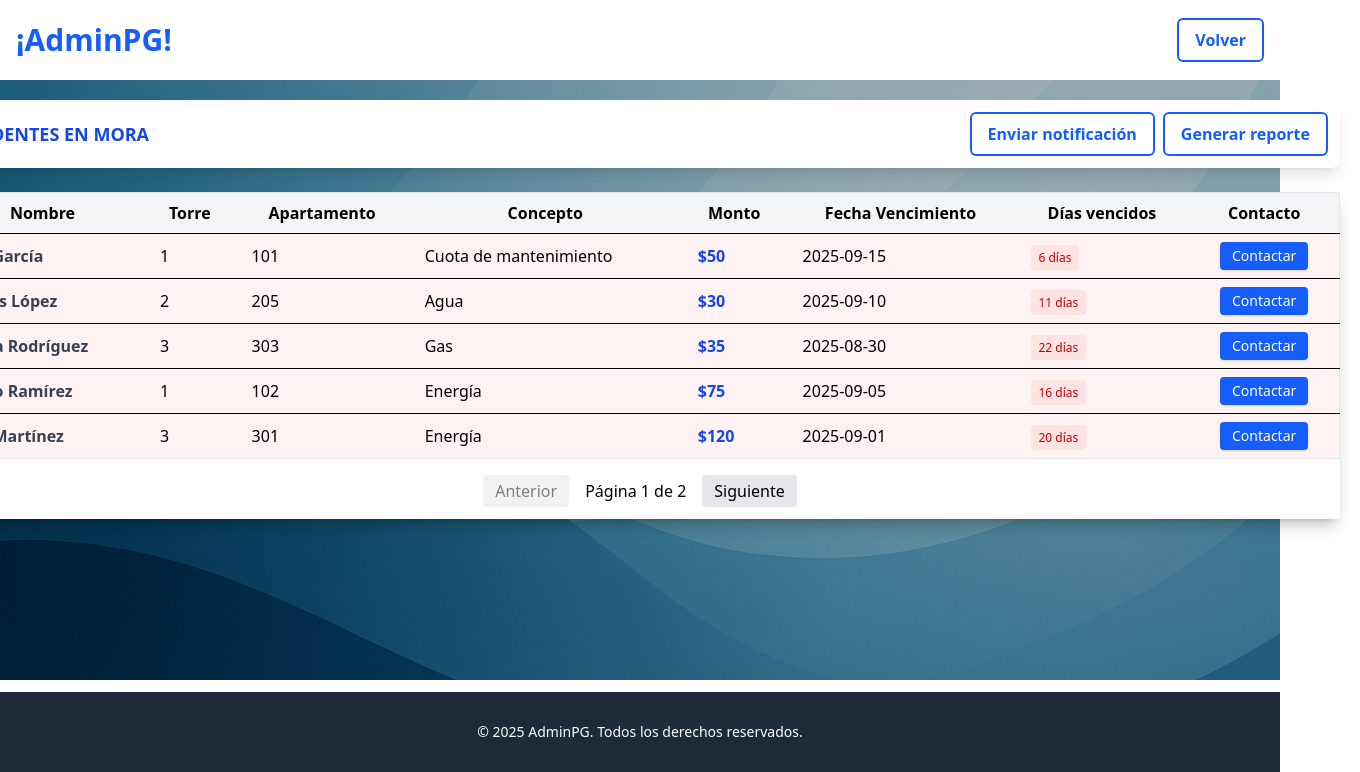
Repository: DeVelezz/AdminPG
Page: /mora (app in frontend/)
These files come from the project's save history. The page is drawn as it stood at one moment and after the next save; the edit follows.
The browser window is 1280 px wide. The page is 1360 px wide, so the pictures cover 1360 px, including what lies to the right of the window. The pictures show the whole page.
The page's requests for data from a server got no answer. The project was rebuilt for these pictures with package versions that can differ from the ones it lists, and the page was loaded fresh each time. Some packages were replaced by stand-ins written for this rebuild. No one was signed in, and anything a server would have sent is missing. Also part of the build but not shown: frontend/vite.config.js, frontend/src/components/Form.jsx, frontend/src/services/useService.js, frontend/src/components/FormRegistro.jsx, frontend/src/components/SectionImg.jsx, frontend/src/components/PageRegistro.jsx, frontend/src/components/Index.jsx, frontend/src/components/PageLogin.jsx and 4 more.

Above is the page before, as saved 2025-09-21 21:41:44.

After the next save:
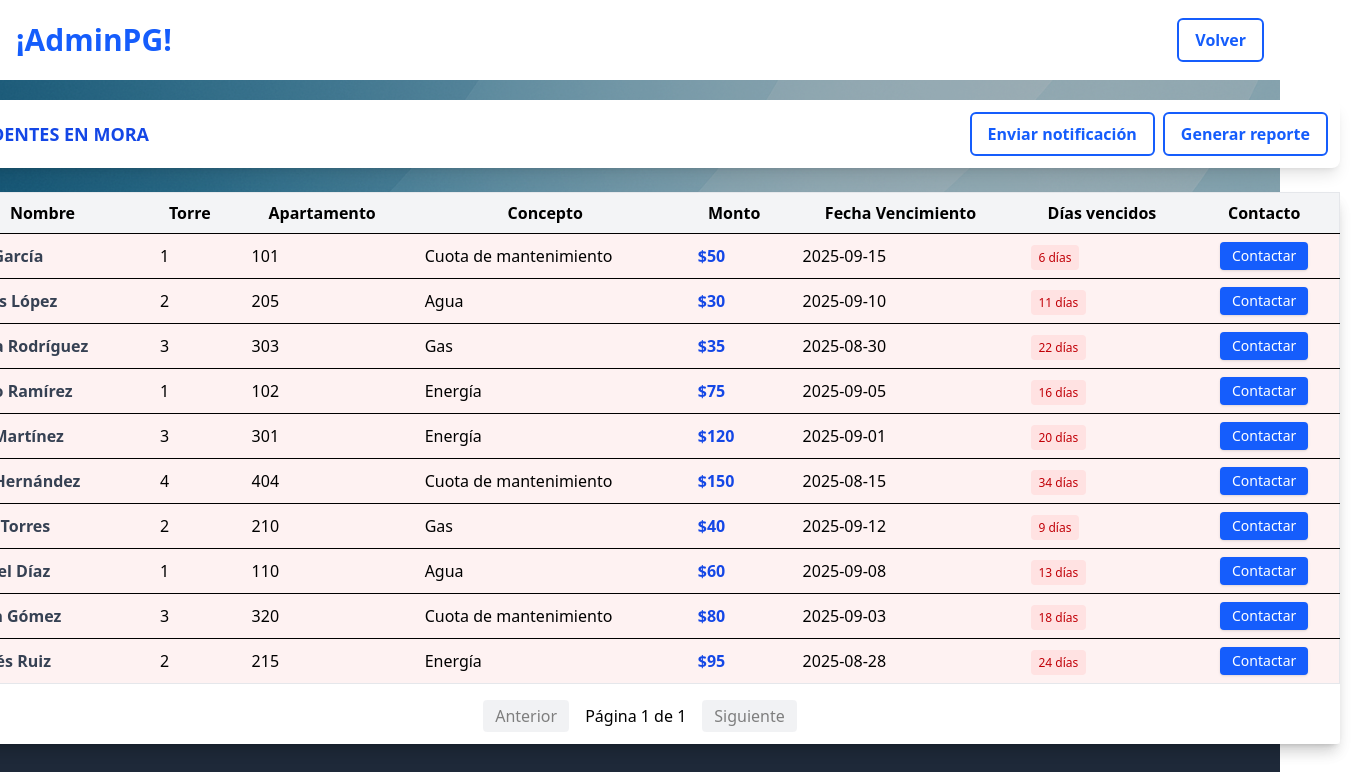
Saved 2 min 37 s later.
--- a/frontend/src/components/PageMora.jsx
+++ b/frontend/src/components/PageMora.jsx
@@ -12,7 +12,7 @@ export default function PageMora() {
     const [residentesEnMora, setResidentesEnMora] = useState([]);
     const [loading, setLoading] = useState(true);
     const [paginaActual, setPaginaActual] = useState(1);
-    const RESIDENTES_POR_PAGINA = 5;
+    const RESIDENTES_POR_PAGINA = 10;
     const [showContactMenu, setShowContactMenu] = useState(null);
     const [menuPosition, setMenuPosition] = useState({ x: 0, y: 0 });
     const hoy = new Date();
